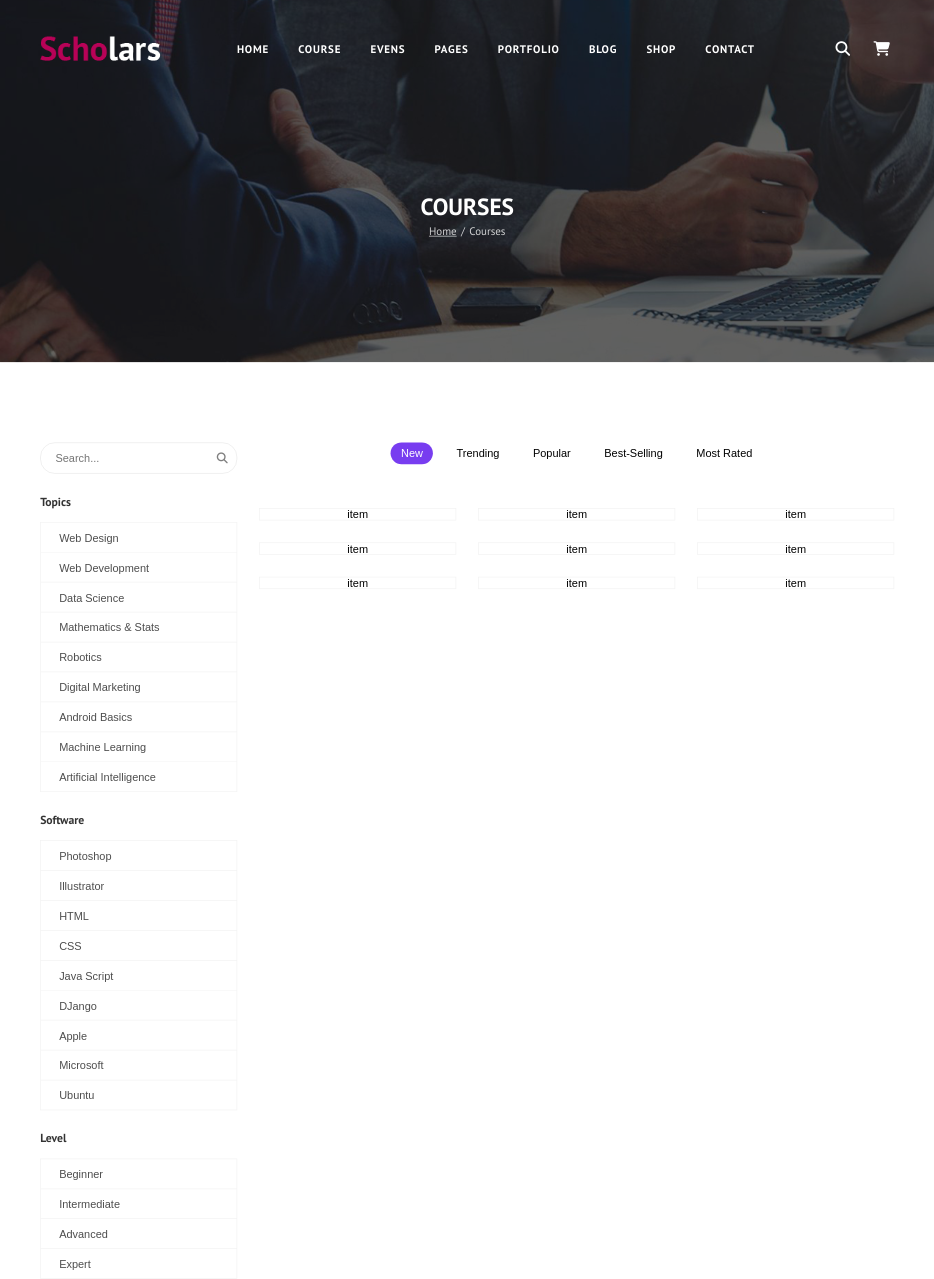
Repository: lannguyen1301/f8-zoom-day-7
Page: index.html
The author's editor kept a copy of each file at every save. The page is drawn from the files as they stood at one save, then again after the next save.
The browser window is 1280 px wide. The pictures show the whole page, at 73% of full size.
Some web fonts or font styles are not loaded; a fallback is used.

Above is the page before, as saved 2025-04-25 00:11:01.

After the next save:
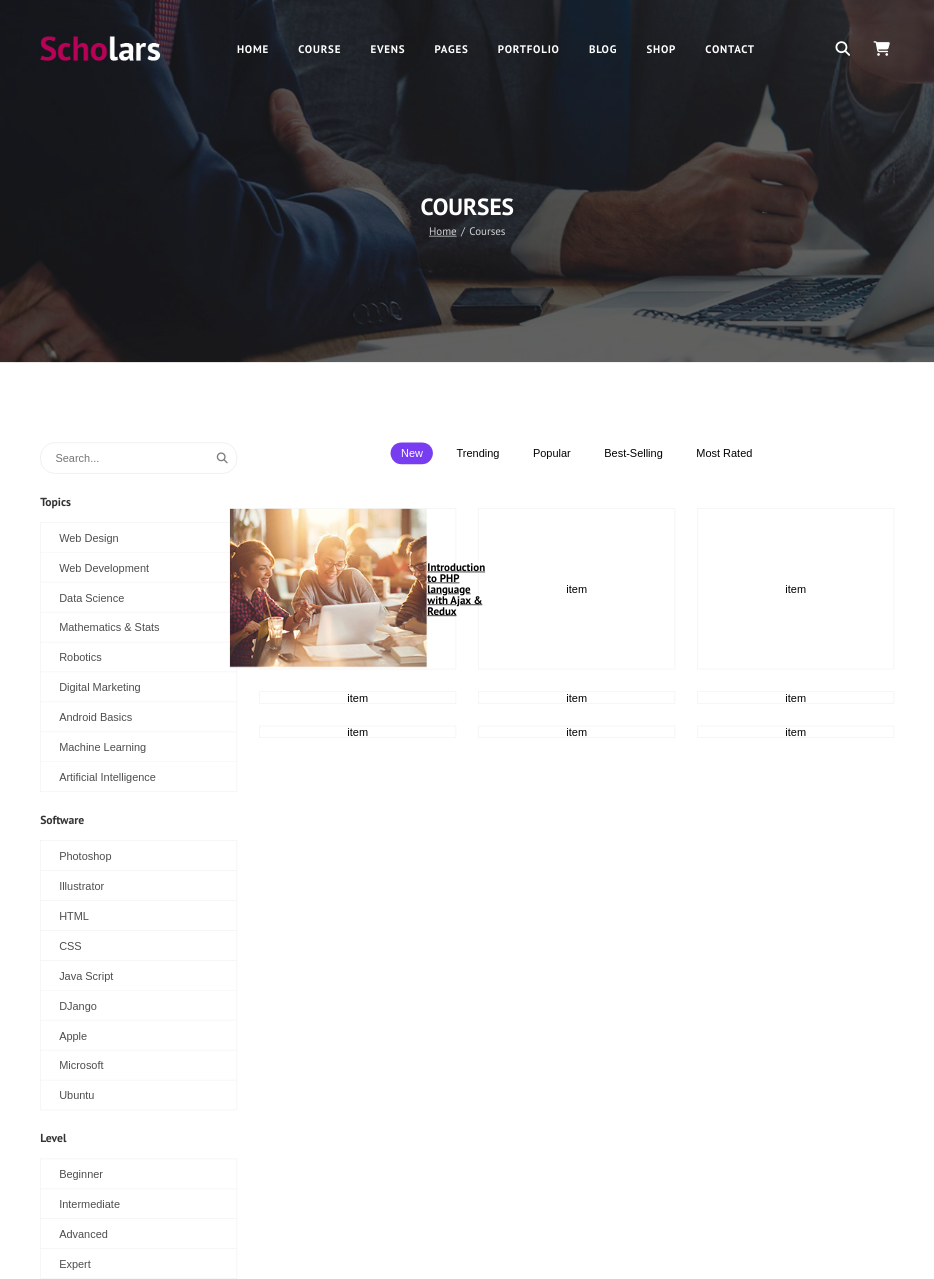
Saved 6 h 2 min later.
--- a/index.html
+++ b/index.html
@@ -222,7 +222,16 @@
 
                         <!-- Start Courses lisst -->
                         <div class="courses-list">
-                            <div class="courses-item">item</div>
+                            <div class="courses-item">
+                                <a href="#!">
+                                    <img src="./assets/img/courses-img/course-1.jpg" alt="" class="course-thumb">
+                                </a>
+                                <div class="course-info">
+                                    <h3 class="course-title">
+                                        <a href="#!">Introduction to PHP language with Ajax & Redux</a>
+                                    </h3>
+                                </div>
+                            </div>
                             <div class="courses-item">item</div>
                             <div class="courses-item">item</div>
                             <div class="courses-item">item</div>
